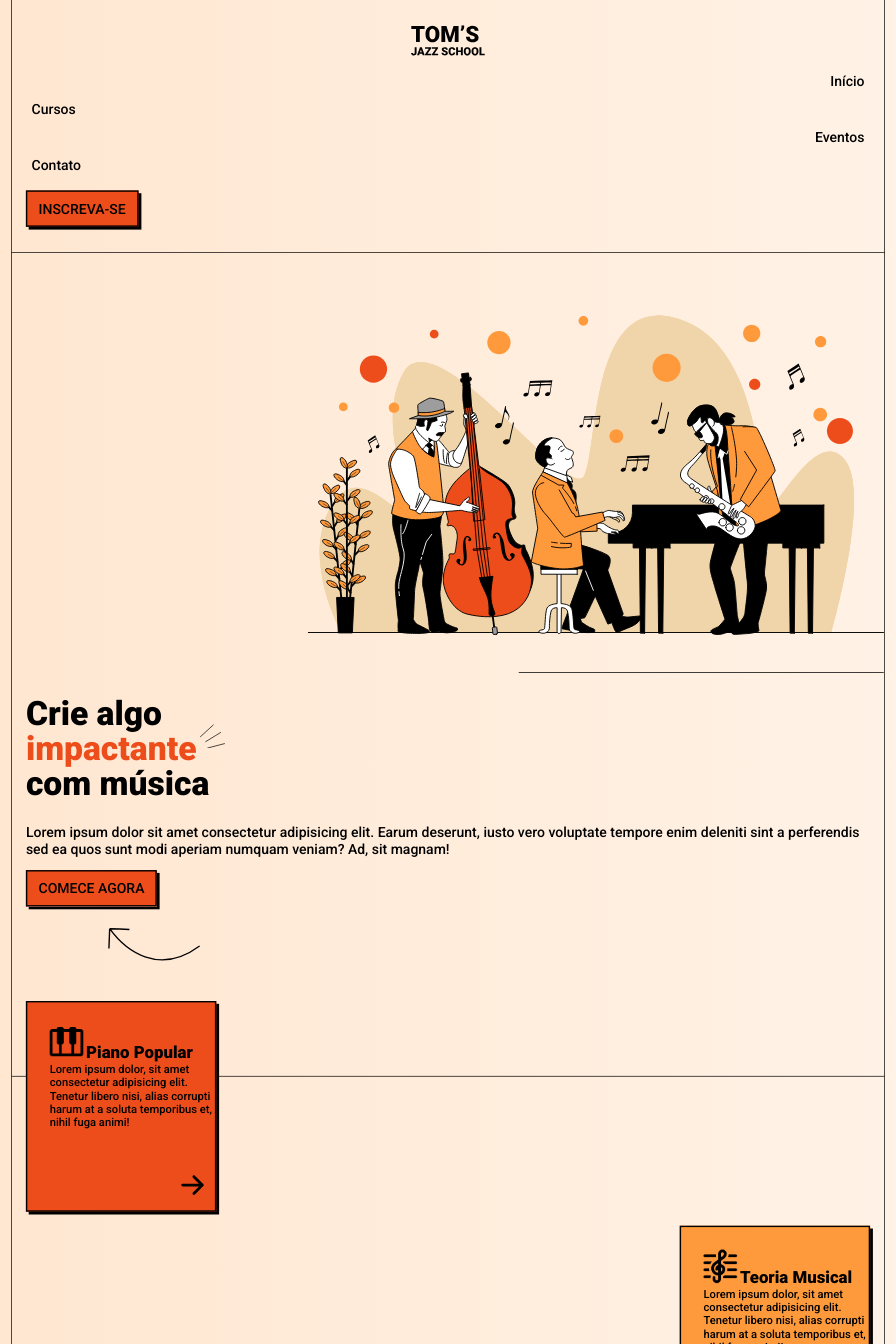
Repository: tenoriodasilva31/OBC-Music-School
Page: index.html
The author's editor kept a copy of each file at every save. The page is drawn from the files as they stood at one save, then again after the next save.
The browser window is 1280 px wide. The pictures show the part of the page from y = 0 to 1920 px (the page is 3457 px tall before and 3321 px after), at 70% of full size.

Above is the page before, as saved 2023-07-05 18:09:58.

### index.html
<!DOCTYPE html>
<html lang="pt-BR">
<head>
    <meta charset="UTF-8">
    <meta name="viewport" content="width=device-width, initial-scale=1.0">
    <title>Tom's Jazz School</title>

    <link rel="preconnect" href="https://fonts.googleapis.com">
    <link rel="preconnect" href="https://fonts.gstatic.com" crossorigin>

    <link rel="stylesheet" href="index.css">

    <link href="https://fonts.googleapis.com/css2?family=Roboto:wght@500;900&display=swap" rel="stylesheet">
</head>
<body>
    <header>
        <img src="./img/logo.svg" alt="Tom's School">
        <nav class="mt-1 mx-auto">
            <a href="#">Início</a>
            <a href="#">Cursos</a>
            <a href="#">Eventos</a>
            <a href="#">Contato</a>
        </nav>
        <button href="#" class="button mt-1 mb-1 mx-auto">Inscreva-se</button>
    </header>
    <main>
        <section class="hero-section">
            <img src="/img/hero-img.svg" alt="Banda de jazz se apresentando">
            <div>
                <h1 class="mt-2">Crie algo <span class="text-primary decoration">impactante</span> com música</h1>
                <p class="mt-2 mb-2">Lorem ipsum dolor sit amet consectetur adipisicing elit. Earum deserunt, iusto vero voluptate tempore enim deleniti sint a perferendis sed ea quos sunt modi aperiam numquam veniam? Ad, sit magnam!</p>
                <a href="#" class="button mt-1 mb-1 mx-auto">Comece agora</a>
            </div>
        </section>
        <section class="courses-section">
            <div class="cards">
            <article class="card">
                <img src="/img/piano.png" alt="icone de teclas de piano">
                <strong>Piano Popular</strong>
                <p>Lorem ipsum dolor, sit amet consectetur adipisicing elit. Tenetur libero nisi, alias corrupti harum at a soluta temporibus et, nihil fuga animi!</p>
                <a href="#">
                    <img src="/img/arrow-right.svg" alt="Ir para página do curso">
                </a>
            </article>
            <article class="card">
                <img src="/img/clef.png" alt="icone clave">
                <strong>Teoria Musical</strong>
                <p>Lorem ipsum dolor, sit amet consectetur adipisicing elit. Tenetur libero nisi, alias corrupti harum at a soluta temporibus et, nihil fuga animi!</p>
                <a href="#">
                    <img src="/img/arrow-right.svg" alt="Ir para página do curso">
                </a>
            </article>
            <article class="card">
                <img src="/img/sax.png" alt="icone de teclas de piano">
                <strong>Sax Alto</strong>
                <p>Lorem ipsum dolor, sit amet consectetur adipisicing elit. Tenetur libero nisi, alias corrupti harum at a soluta temporibus et, nihil fuga animi!</p>
                <a href="#">
                    <img src="/img/arrow-right.svg" alt="Ir para página do curso">
                </a>
            </article>
            <article class="card">
                <img src="/img/drums.png" alt="icone de teclas de piano">
                <strong>Bateria</strong>
                <p>Lorem ipsum dolor, sit amet consectetur adipisicing elit. Tenetur libero nisi, alias corrupti harum at a soluta temporibus et, nihil fuga animi!</p>
                <a href="#">
                    <img src="/img/arrow-right.svg" alt="Ir para página do curso">
                </a>
            </article>
            </div>
            <h2 class="text-center">E <span class="text-primary">vários</span> outros!</h2>
            <a href="#" class="button mt-2 mx-auto">Conhecer cursos</a>
        </section>
    </main>

    <footer>
        <div>
            <img src="/img/logo.svg" alt="Tom's School">
            <p>Lorem ipsum dolor sit amet consectetur adipisicing elit. </p>
        </div>
        <nav>
            <a href="#">Início</a>
            <a href="#">Cursos</a>
            <a href="#">Eventos</a>
            <a href="#">Contato</a>
        </nav>
        <form class="newsleter-form">
            <label for="email" class="mb-1">Receba materiais <span class="text-primary">gratuitos</span> no seu email</label>
            <input type="text" name="email" id="email" class="mb-1" placeholder="Digite seu melhor email">
            <button class="button mb-2">QUERO RECEBER</button>
        </form>
    </footer>
</body>
</html>

### index.css
* {
    box-sizing: border-box;
    font-family: 'Roboto', sans-serif;
    margin: 0;
    padding: 0;
}

:root {
    --color-primary: #ED4D1B;
    --color-secondary: #FF9a3c;
    --color-black: #000;
    --color-white: #FFF;
}

body {
    background: linear-gradient(90deg, #ffe7d1 0%, #FFF2e6 100%);
    padding: 0 1rem;
}

header,.hero-section, .courses-section, footer {
    border-color: var(--color-black);
    border-style: solid;
    border-width: 0 1px 1px 1px;
    padding: 1.25rem;
}

header img {
    display: block;
    margin: 1rem auto;
}

header nav {
    display: grid;
    grid-template-columns: 1fr, 1fr;
}

nav a {
    color: var(--color-black);
    font-size: 1.25rem;
    padding: .5rem;
    text-decoration: none;
}

header nav a:nth-child(2n-1) {
    text-align: right;
}

.button {
    background-color: var(--color-primary);
    border: 2px solid var(--color-black);
    box-shadow: 4px 4px 0 var(--color-black);
    color: var(--color-black);
    display: black;
    font-size: 1.25rem;
    padding: .75rem 1rem;
    max-width: 14rem;
    text-align: center;
    text-decoration: none;
    text-transform: uppercase;
}

.hero-section {
    padding-right: 0;
    padding-bottom: 16rem;

}

.hero-section img {
    display: block;
    margin: 1.25rem 0 0 auto;
    max-width: 100%;
}

h1 {
    font-size: 3rem;
    line-height: 105%;
}

h2 {
    font-size: 2.5rem;
}

.hero-section p {
    font-size: 1.25rem;
    padding-right: 1.25rem;
}

.hero-section .button {
    position: relative;

}

.hero-section .button::after {
    content: '';
    background: url("/img/arrow-curve.svg");
    position: absolute;
    top: 5rem;
    right: -4rem;
    height: 48px;
    width: 132px;
}

.decoration {
    display: block;
    position: relative;
}

.decoration::after {
    content: '';
    background: url(/img/three-dashes.svg);
    position: absolute;
    top: -0.75rem;
    height: 36px;
    width: 40px;
}

.courses-section {
    padding-bottom: 8rem;

}

.cards {
    display: flex;
    flex-direction: column;
    align-items: start;
    gap: 1.25rem;
    margin-top: -8rem;
    margin-bottom: 4rem;
}

.card {
    background-color: var(--color-primary);
    border: 2px solid var(--color-black);
    box-shadow: 4px 4px 0 var(--color-black);
    max-width: 17rem;
    padding: 2rem 0 0 2rem;
}

.card:nth-child(2n) {
    align-self: end;
    background-color: var(--color-secondary)
}

.card strong {
    display: black;
    font-size: 1.5rem;
    margin: 1rem 0;
}

.card a {
    display: block;
    margin: 3rem 0 0 auto;
    width: fit-content;
}
/* rodapé */

footer {
    border-bottom: 0;
    padding: 1rem 1.25rem 4rem;

}

footer nav a {
    display: block;
    padding-left: 0;
}

.newsleter-form label {
    display: block;
    font-size: 1.5rem
}

.newsleter-form input {
    border: 2px solid var(--color-black);
    box-shadow: 4px 4px 8 var(--color-black);
    font-size: 1.5rem;
    padding: .5rem;
    width: 100%;
}

/* Utilitários */


.mt-1 {
    margin-top: 1rem;
}

.mt-2 {
    margin-top: 2rem;
}

.mb-1 {
    margin-bottom: 1rem;
}

.mb-2 {
    margin-bottom: 2rem;
}

.mx-auto {
    margin-left: auto;
    margin-right: auto;
}

.text-primary {
    color: var(--color-primary);
}

.text-center {
    text-align: center;
}

/* responsiveness */

@media screen end (min-width: 40rem) {
    header nav {
        display: block;
        text-align: center;
    }
}

After the next save:
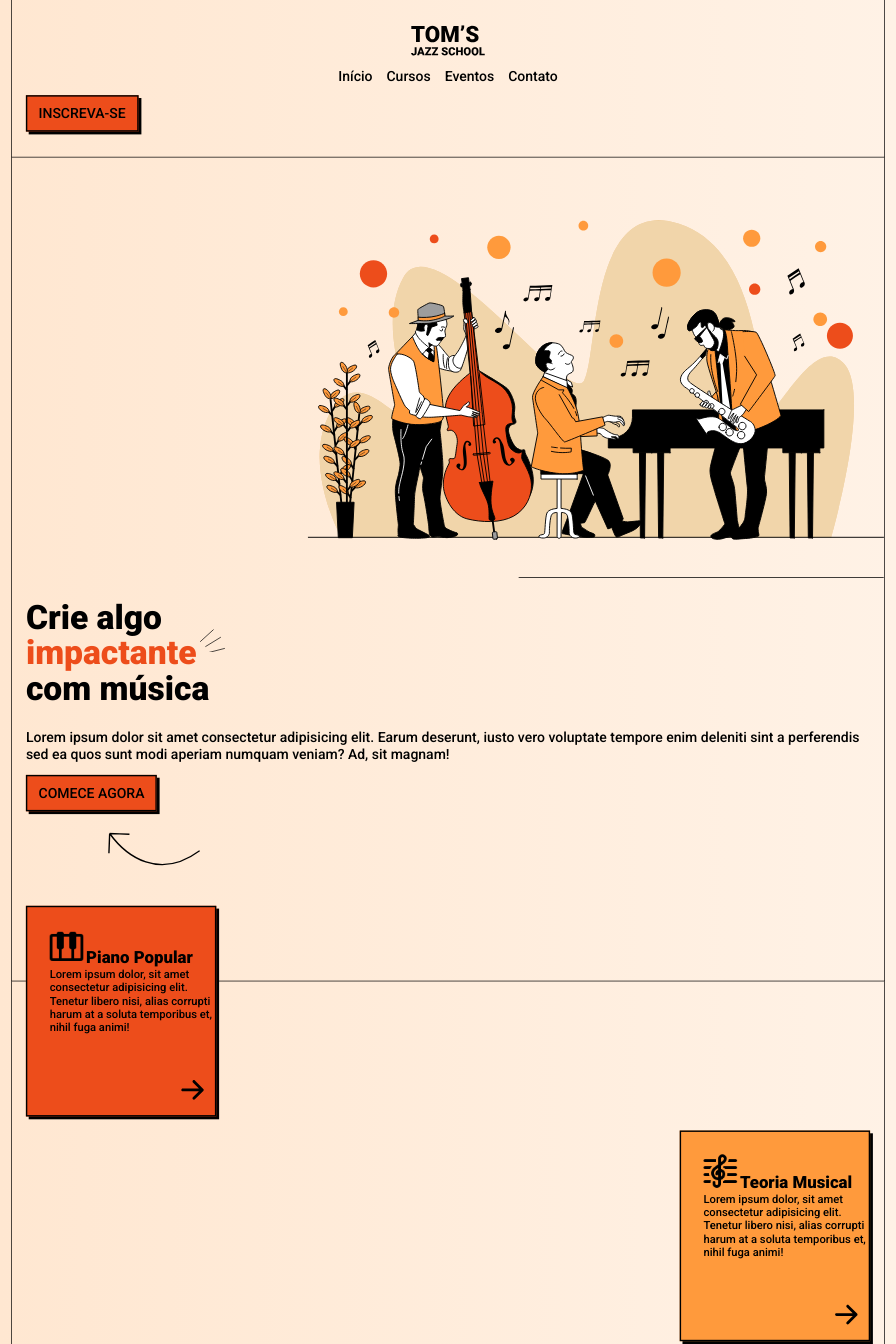
Saved 17 s later.
--- a/index.css
+++ b/index.css
@@ -212,7 +212,7 @@ footer nav a {
 
 /* responsiveness */
 
-@media screen end (min-width: 40rem) {
+@media screen and (min-width: 40rem) {
     header nav {
         display: block;
         text-align: center;
